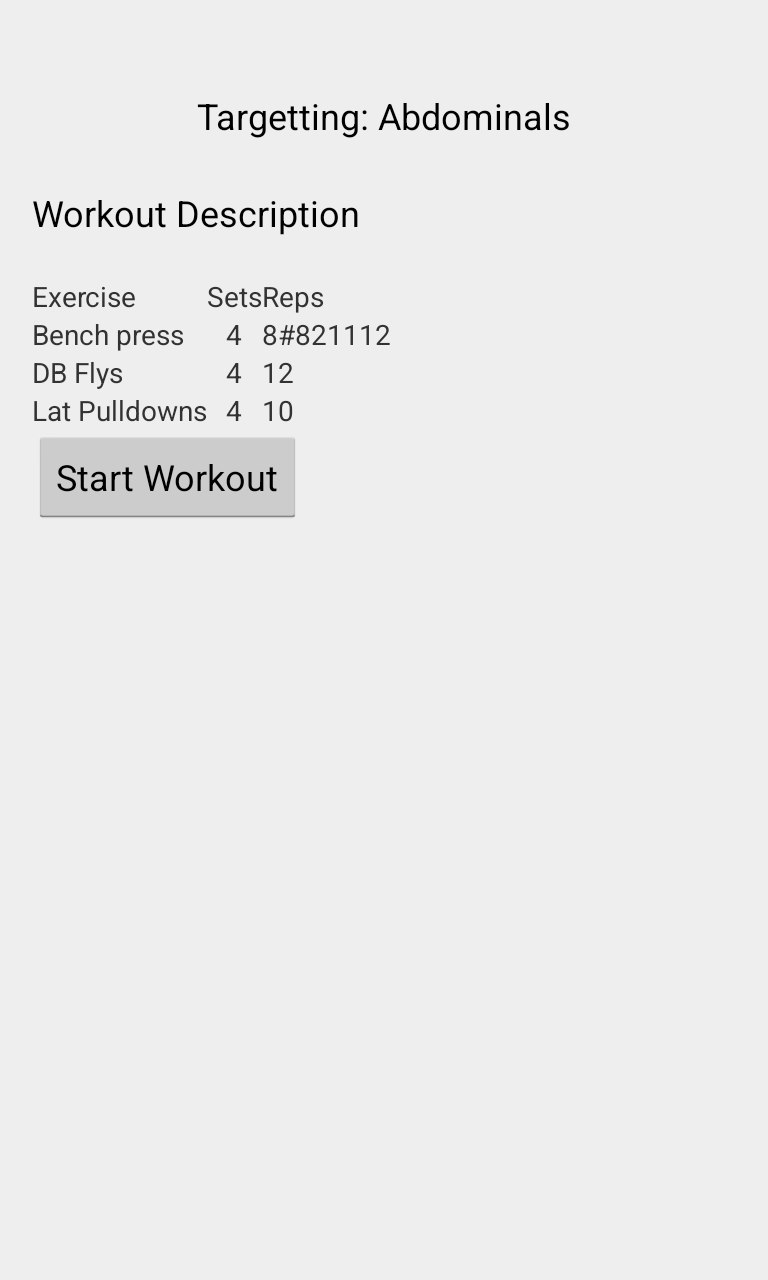
Repository: jmcdon09/EZWorkout
Layout: EzTrain/EzTrain/res/layout/activity_preview_workout.xml
An editor plug-in stored every save of this project. The layout is shown before and after the next save, followed by the edit.
It is drawn on a 768 x 1280 px phone screen (xhdpi) without system bars, with theme AppTheme; the app's code is not run.

Above is the layout before, as saved 2014-03-30 14:27:40.

After the next save:
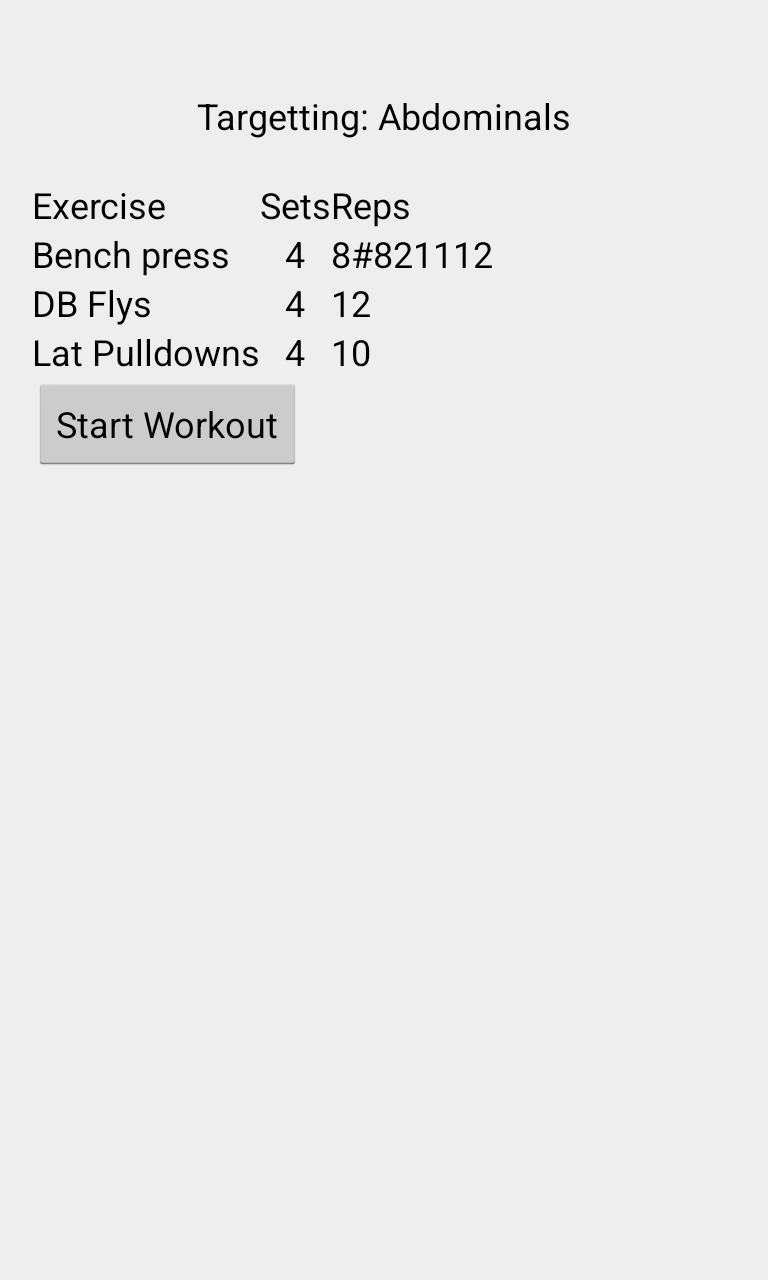
Saved 77 s later.
--- a/EzTrain/EzTrain/res/layout/activity_preview_workout.xml
+++ b/EzTrain/EzTrain/res/layout/activity_preview_workout.xml
@@ -26,14 +26,6 @@
         android:text="Targetting: Abdominals"
         android:textAppearance="?android:attr/textAppearanceMedium" />
 
-    <TextView
-        android:id="@+id/preview_workout_details"
-        android:layout_width="wrap_content"
-        android:layout_height="wrap_content"
-        android:layout_marginTop="24dp"
-        android:text="@string/workout_description"
-        android:textAppearance="?android:attr/textAppearanceMedium" />
-
     <TableLayout
         android:id="@+id/preview_exercises"
         android:layout_width="wrap_content"
@@ -49,20 +41,23 @@
                 android:id="@+id/table_exercise"
                 android:layout_width="wrap_content"
                 android:layout_height="wrap_content"
-                android:text="@string/exercise" />
+                android:text="@string/exercise"
+                android:textAppearance="?android:attr/textAppearanceMedium" />
 
             <TextView
                 android:id="@+id/table_sets"
                 android:layout_width="wrap_content"
                 android:layout_height="wrap_content"
                 android:gravity="center"
-                android:text="@string/sets" />
+                android:text="@string/sets"
+                android:textAppearance="?android:attr/textAppearanceMedium" />
 
             <TextView
                 android:id="@+id/table_reps"
                 android:layout_width="wrap_content"
                 android:layout_height="wrap_content"
-                android:text="@string/reps" />
+                android:text="@string/reps"
+                android:textAppearance="?android:attr/textAppearanceMedium" />
 
         </TableRow>
 
@@ -75,20 +70,23 @@
                 android:id="@+id/exercise1"
                 android:layout_width="wrap_content"
                 android:layout_height="wrap_content"
-                android:text="@string/exercise1" />
+                android:text="@string/exercise1"
+                android:textAppearance="?android:attr/textAppearanceMedium"/>
 
             <TextView
                 android:id="@+id/set1"
                 android:layout_width="wrap_content"
                 android:layout_height="wrap_content"
                 android:gravity="center"
-                android:text="@string/set1" />
+                android:text="@string/set1"
+                android:textAppearance="?android:attr/textAppearanceMedium" />
 
             <TextView
                 android:id="@+id/rep1"
                 android:layout_width="wrap_content"
                 android:layout_height="wrap_content"
-                android:text="@string/rep1" />
+                android:text="@string/rep1"
+                android:textAppearance="?android:attr/textAppearanceMedium" />
 
         </TableRow>
 
@@ -101,20 +99,23 @@
                 android:id="@+id/exercise2"
                 android:layout_width="wrap_content"
                 android:layout_height="wrap_content"
-                android:text="DB Flys" />
+                android:text="DB Flys"
+                android:textAppearance="?android:attr/textAppearanceMedium"/>
 
             <TextView
                 android:id="@+id/set2"
                 android:layout_width="wrap_content"
                 android:layout_height="wrap_content"
                 android:gravity="center"
-                android:text="4" />
+                android:text="4"
+                android:textAppearance="?android:attr/textAppearanceMedium" />
 
             <TextView
                 android:id="@+id/rep2"
                 android:layout_width="wrap_content"
                 android:layout_height="wrap_content"
-                android:text="12" />
+                android:text="12"
+                android:textAppearance="?android:attr/textAppearanceMedium" />
 
         </TableRow>
 
@@ -127,20 +128,23 @@
                 android:id="@+id/exercise3"
                 android:layout_width="wrap_content"
                 android:layout_height="wrap_content"
-                android:text="Lat Pulldowns" />
+                android:text="Lat Pulldowns"
+                android:textAppearance="?android:attr/textAppearanceMedium"/>
 
             <TextView
                 android:id="@+id/set3"
                 android:layout_width="wrap_content"
                 android:layout_height="wrap_content"
                 android:gravity="center"
-                android:text="4" />
+                android:text="4"
+                android:textAppearance="?android:attr/textAppearanceMedium" />
 
             <TextView
                 android:id="@+id/rep3"
                 android:layout_width="wrap_content"
                 android:layout_height="wrap_content"
-                android:text="10" />
+                android:text="10"
+                android:textAppearance="?android:attr/textAppearanceMedium" />
 
         </TableRow>
     </TableLayout>
